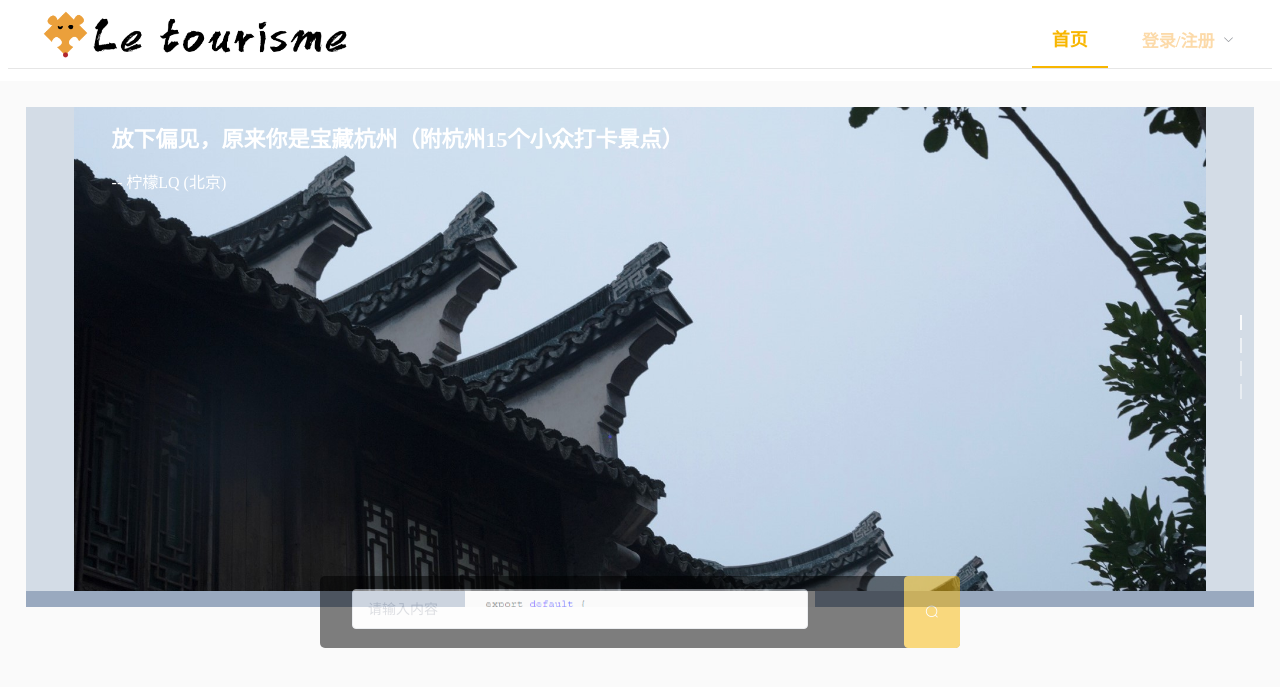
Repository: linxuerou0129/2020.08.31
Page: /
The author's editor kept a copy of each file at every save. The page is drawn from the files as they stood at one save, then again after the next save.
The browser window is 1280 px wide. The pictures show the whole page.
The page's requests for data from a server got no answer. The project was rebuilt for these pictures with package versions that can differ from the ones it lists, and the page was loaded fresh each time. No one was signed in, and anything a server would have sent is missing.

Above is the page before, as saved 2020-09-01 01:20:44.

### src/main.js

import ElementUI from 'element-ui' //新添加
import '../theme/index.css' //新添加，避免后期打包样式不同，要放在import App from './App';之前

import Vue from 'vue'
import App from './App.vue'
import router from './router'

Vue.use(ElementUI)   //新添加

import axios from 'axios'
axios.defaults.withCredentials = true;

Vue.config.productionTip = false

new Vue({
  router,
  render: h => h(App)
}).$mount('#app')

import VDistpicker from 'v-distpicker'
Vue.component('v-distpicker', VDistpicker);

### src/App.vue
<template>
<div id="app">
<el-menu :default-active="$route.path" class="el-menu-demo" mode="horizontal" @select="handleSelect" text-color="#FCDAA9" active-text-color="#f8b600" router>
  <img src="./assets/logo.png" width="55" class="logo">
  <img src="./assets/tittle.png" width="270">
  <el-menu-item index="/" class="head1"><strong>首页</strong></el-menu-item>
  <el-submenu class="head3" v-if="login" index="/Edit">
    <template slot="title">
      <el-avatar :src="circleUrl"></el-avatar>
    </template>
    <el-menu-item index="/Edit">
      我的设置
    </el-menu-item>
    <el-menu-item index="/Publish">
      发布游记
    </el-menu-item>
    <el-menu-item index="/Published">
      个人中心
    </el-menu-item>
    <el-menu-item index="/MyCollect">
      我的收藏
    </el-menu-item>
    <el-menu-item index="/Message">
      消息中心
    </el-menu-item>
    <el-menu-item  @click="logout">
      退出
    </el-menu-item>
  </el-submenu>
  <el-submenu v-if="!login"  class="head4" index=1>
    <template slot="title">
      <strong>登录/注册</strong>
    </template>
    <el-menu-item @click="dialogFormVisible = true">
      注册
    </el-menu-item>
    <el-menu-item @click="loginFormShow = true">
      登录
    </el-menu-item>
  </el-submenu>
</el-menu>
<router-view></router-view>
<el-dialog title="注册" :visible.sync="dialogFormVisible">
  <el-form :model="formZhuce"  ref="formZhuce" status-icon :rules="rules">
    <el-form-item
      prop="email"
      label="邮箱"
      :rules="[
        { required: true, message: '请输入邮箱地址', trigger: 'blur' },
        { type: 'email', message: '请输入正确的邮箱地址', trigger: ['blur', 'change'] }
      ]"
    >
      <el-input v-model="formZhuce.email"></el-input>
      <el-button size="mini" @click="submitEmail" round>获取验证码</el-button>
    </el-form-item>
    <el-form-item label="验证码" prop="check">
      <el-input v-model="formZhuce.check"></el-input>
    </el-form-item>
    <el-form-item label="用户昵称" prop="name">
      <el-input v-model="formZhuce.name"></el-input>
    </el-form-item>
    <el-form-item label="密码" prop="pass">
      <el-input type="password" v-model="formZhuce.pass" autocomplete="off"></el-input>
    </el-form-item>
    <el-form-item label="确认密码" prop="checkPass">
      <el-input type="password" v-model="formZhuce.checkPass" autocomplete="off"></el-input>
    </el-form-item>
    <el-form-item>
      <el-button type="primary" @click="submitForm('formZhuce')">注册</el-button>
      <el-button @click="dialogFormVisible = false">取消</el-button>
    </el-form-item>
  </el-form>
</el-dialog>
<el-dialog title="登录" :visible.sync="loginFormShow">
  <el-form :model="formLogin"  ref="formLogin" status-icon :rules="rules">
    <el-form-item
      prop="email"
      label="邮箱"
      :rules="[
        { required: true, message: '请输入邮箱地址', trigger: 'blur' },
        { type: 'email', message: '请输入正确的邮箱地址', trigger: ['blur', 'change'] }
      ]"
    >
      <el-input v-model="formLogin.email"></el-input>
    </el-form-item>
    <el-form-item label="密码" prop="pass">
      <el-input type="password" v-model="formLogin.pass" autocomplete="off"></el-input>
    </el-form-item>
    <el-form-item>
      <a href="/Forget">忘记密码</a>
    </el-form-item>
    <el-form-item>
      <el-button type="primary" @click="loginIt('formLogin')">登录</el-button>
      <el-button @click="loginFormShow= false">取消</el-button>
    </el-form-item>
  </el-form>
</el-dialog>
</div>
</template>
<style>
    .el-menu--horizontal>.el-submenu .el-submenu__title {
        font-size: 17px;
    }
</style>
<style scoped>
.avatar-uploader {
    border: 1px dashed black;
    border-radius: 6px;
    cursor: pointer;
    position: relative;
    overflow: hidden;
    width: 178px;
    height: 178px;
  }
  .avatar-uploader-icon {
    font-size: 28px;
    color: #8c939d;
    width: 178px;
    height: 178px;
    line-height: 178px;
    text-align: center;
  }
  .avatar {
    width: 178px;
    height: 178px;
    display: block;
  }
.logo{
  position: fixed;
  top: 1%;
  left: 3%;
}
.head1{
  position: relative;
  left: 81%;
  font-size: 18px;
}
.head3{
  position: fixed;
  right:4.5%;
  top: 1.3%;
  font-size: 18px;
}
.head4{
  position: fixed;
  right: 2%;
  top: 1.5%;
  font-size: 18px!important;
}
</style>

<script>
import { Message } from 'element-ui';
import axios from 'axios'
export default {
    data() {
       var validatePass = (rule, value, callback) => {
        if (value === '') {
          callback(new Error('请输入密码'));
        } else {
          if (this.formZhuce.checkPass !== '') {
            this.$refs.formZhuce.validateField('checkPass');
          }
          callback();
        }
      };
      var validatePass2 = (rule, value, callback) => {
        if (value === '') {
          callback(new Error('请再次输入密码'));
        } else if (value !== this.formZhuce.pass) {
          callback(new Error('两次输入密码不一致!'));
        } else {
          callback();
        }
      };
      return {
        circleUrl: "http://106.75.157.168:5657/api/static/touxiang.png",
        activeIndex: '1',
        activeIndex2: '1',
        login:false,
        dialogFormVisible:false,
        loginFormShow:false,
        setFormShow:false,
        formZhuce: {
          email:'',
          pass:'',
          checkPass:'',
          name:'',
          check:''
        },
        formLogin:{
          email:'',
          pass:''
        },
        imageUrl: '',
        rules: {
          pass: [
            { validator: validatePass, trigger: 'blur' }
          ],
          checkPass: [
            { validator: validatePass2, trigger: 'blur' }
          ],
          check:[
            { required: true, message: '请输入验证码', trigger: 'blur'},
            { min: 4, max: 4, message: '长度为4个字符', trigger: 'blur' }
          ],
          name:[
            { required: true, message: '请输入用户昵称', trigger: 'blur' },
            { min: 4, max: 16, message: '长度在 4 到 16 个字符', trigger: 'blur' }
          ],
        }
      };
    },
    methods: {
      handleSelect(key, keyPath) {
        console.log(key, keyPath);
      },
      submitForm(formName) {
        this.$refs[formName].validate((valid) => {
          if (valid) {
              axios.post('http://106.75.157.168:5657/api/register', {
                register_email: this.formZhuce.email,
                register_name:this.formZhuce.name,
                register_password:this.formZhuce.pass,
                register_code:this.formZhuce.check
              })
            .then((response) =>{
              console.log(response.data);
              if(response.data.status=="success"){
                this.dialogFormVisible = false;
                Message.success('注册成功');
              }
              else{
                Message.error(response.data.status)
              }
            })
            .catch(function (error) {
              console.log(error);
            });
          }
          else {
            console.log('error submit!!');
            return false;
          }
        });
      },
      submitEmail(){
        var reg = /^[a-zA-Z0-9]+@[a-z0-9]{2,5}\.[a-z]{2,3}(\.[a-z]{2,3})?$/;
        var result = reg.test(this.formZhuce.email);
        if(this.formZhuce.email==''){
          this.$message({
                    message: '邮箱不可为空',
                    type: 'warning'
                });
        }
        else if(!result){
          this.$message({
                    message: '邮箱输入有误',
                    type: 'warning'
                });
        }
        else{
          axios.post('http://106.75.157.168:5657/api/send_email', {
              email: this.formZhuce.email,
              type:6
            })
          .then((response)=> {
            console.log(response.data);
            Message.success('发送成功，请注意查收')
          })
          .catch(function (error) {
            console.log(error);
          });
        }
      },
      loginIt(formName) {
        this.$refs[formName].validate((valid) => {
          if (valid) {
            axios.post('http://106.75.157.168:5657/api/login_user', {
                login_id: this.formLogin.email,
                login_password:this.formLogin.pass
              })
            .then((response) =>{
              console.log(response.data);
              if(response.data.status=="success"){
                this.loginFormShow=false;
                this.login=true;
                Message.success('登录成功');
                location.href="/";
              }
              else{
                Message.error('登录失败，请重新登录');
              }
            })
            .catch(function (error) {
              console.log(error);
            });
          }
          else {
            console.log('error submit!!');
            return false;
          }
        });
      },
      logout(){
        axios.get('http://106.75.157.168:5657/api/logout_user')
            .then((response)=>{
              console.log(response.data);
              this.login=false;
              location.href="/";
              Message.success('退出成功');
            })
            .catch(function(error){
                console.log(error);
            });
      },
    },
    watch:{
      login:function(val,oldVal){
           if(val==true){
             axios({
              url:'http://106.75.157.168:5657/api/getinfo2',
	            method: 'get'
            })
            .then((response)=>{
                 console.log(response.data);
                this.circleUrl="http://106.75.157.168:5657/api"+response.data.头像;
            })
            .catch(function(error){
                console.log(error);
            });
           }
        }
    },
    mounted(){
      axios({
            url:'http://106.75.157.168:5657/api/getinfo2',
	            method: 'get'
            })
            .then((response)=>{
                 console.log(response.data);
                this.login=true
                this.circleUrl="http://106.75.157.168:5657/api"+response.data.头像;
                console.log("http://106.75.157.168:5657/api"+response.data.头像)
            })
            .catch(function(error){
                console.log(error);
            });
    }
  }
</script>

### src/router/index.js
import Vue from 'vue'
import VueRouter from 'vue-router'
import Home from '../views/Home.vue'

Vue.use(VueRouter)

  const routes = [
  {
    path: '/',
    name: 'Home',
    component: Home
  },
  {
    path: '/Edit',
    name: 'Edit',
    component: () => import(/* webpackChunkName: "about" */ '../views/Edit.vue')
  },
  {
    path: '/Published',
    name: 'Published',
    component: () => import(/* webpackChunkName: "about" */ '../views/Published.vue')
  },
  {
    path: '/MyCollect',
    name: 'MyCollect',
    component: () => import(/* webpackChunkName: "about" */ '../views/MyCollect.vue')
  },
  {
    path: '/Message',
    name: 'Message',
    component: () => import(/* webpackChunkName: "about" */ '../views/Message.vue')
  },
  {
    path: '/Forget',
    name: 'Forget',
    component: () => import(/* webpackChunkName: "about" */ '../views/Forget.vue')
  },
  {
    path: '/Publish',
    name: 'Publish',
    component: () => import(/* webpackChunkName: "about" */ '../views/Publish.vue')
  },
  {
    path: '/Show',
    name: 'Show',
    component: () => import(/* webpackChunkName: "about" */ '../views/Show.vue')
  },
  {
    path: '/Search',
    name: 'Search',
    component: () => import(/* webpackChunkName: "about" */ '../views/Search.vue')
  },
]

const router = new VueRouter({
  mode: 'history',
  base: process.env.BASE_URL,
  routes
})

export default router

### src/views/Home.vue
<template>
  <div class="content">
    <div class="carousel">
      <el-carousel :interval="5000" direction="vertical" height="500px">
      <el-carousel-item>
        <div class="head">
          <strong>放下偏见，原来你是宝藏杭州（附杭州15个小众打卡景点）</strong>
          <p style="font-size: 16px;">-- 柠檬LQ (北京) </p>
        </div>
        <img class="photo" src="../assets/test1.jpg">
      </el-carousel-item>
      <el-carousel-item>
        <img class="photo" src="../assets/1.png">
      </el-carousel-item>
      <el-carousel-item>
      </el-carousel-item>
      <el-carousel-item>
      </el-carousel-item>
    </el-carousel>
    </div>
    <div class="search">
      <el-input
        placeholder="请输入内容"
        v-model="input"
        clearable class="input">
      </el-input>
      <el-button type="primary" icon="el-icon-search" style="margin-left:20%"></el-button>
    </div>
  </div>
</template>

<script>
// @ is an alias to /src
export default {
  data(){
        return{
            input:''
        }
    },
}
</script>

<style scoped>
.input{
  width: 80%;
  left: 5%;
  top: 18%;
}
.search{
  position: fixed;
  height: 10%;
  width: 50%;
  background-color: black;
  z-index: 9999;
  opacity: 50%;
  top: 80%;
  left: 25%;
  border-radius: 5px;
   display: -webkit-flex; /* Safari */
  display: flex;
    flex-direction: row;
}
.photo{
  z-index: 9;
  width: auto;
  height: 100%;
  display: table;
            margin: 0 auto;
}
.head{
  z-index: 999;
    position: absolute;
  color: white;
  font-size: 22px;
  left: 7%;
  top: 6%;
}
.carousel{
  position: relative;
  top: 4%;
  width: 96%;
  left: 2%;
  z-index: 9;
}
.content{
    width: 100%;
   top: 11.3%;

    bottom:0;

    position:fixed;

    overflow-y:scroll;

    overflow-x:hidden;
  right: 0;
  background-color:#FAFAFA;
}
.el-carousel__item h3 {
    color: #475669;
    font-size: 18px;
    opacity: 0.75;
    line-height: 300px;
    margin: 0;
  }
  .el-carousel__item:nth-child(2n) {
    background-color: #99a9bf;
  }

  .el-carousel__item:nth-child(2n+1) {
    background-color: #d3dce6;
  }
</style>

Loaded but not shown: public/index.html (common file); theme/index.css (library)

After the next save:
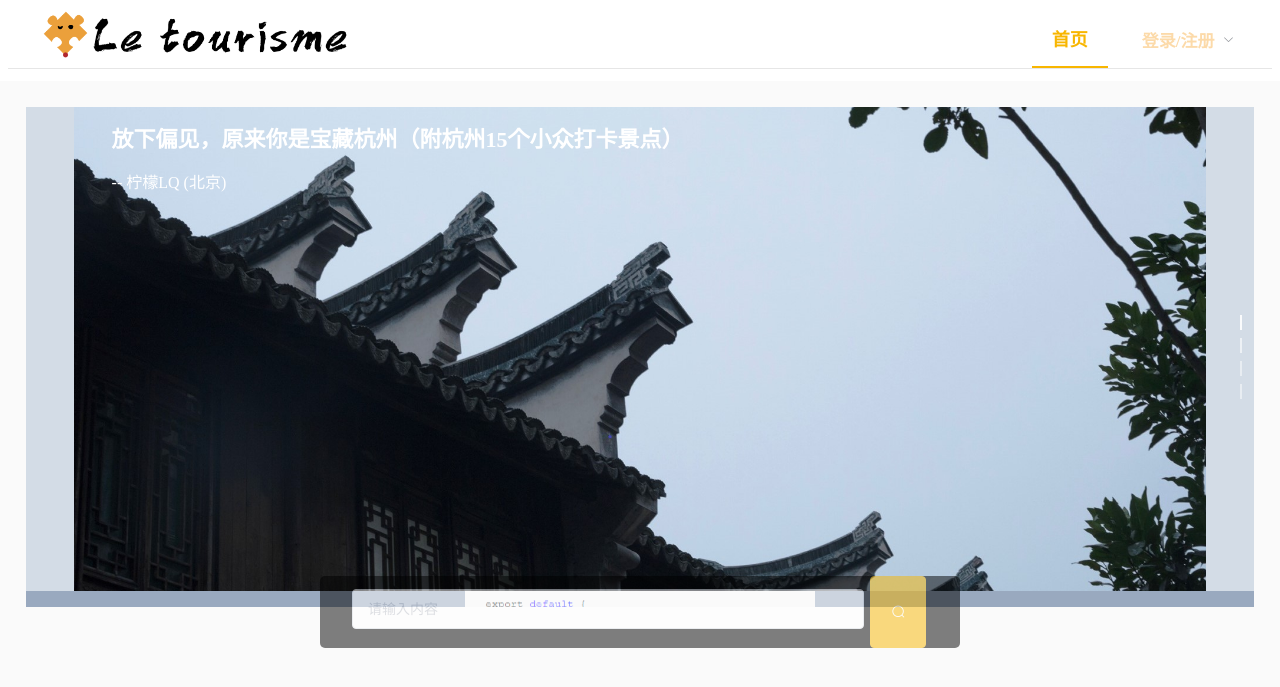
Saved 11 s later.
--- a/src/views/Home.vue
+++ b/src/views/Home.vue
@@ -24,7 +24,7 @@
         v-model="input"
         clearable class="input">
       </el-input>
-      <el-button type="primary" icon="el-icon-search" style="margin-left:20%"></el-button>
+      <el-button type="primary" icon="el-icon-search" style="margin-left:6%"></el-button>
     </div>
   </div>
 </template>
